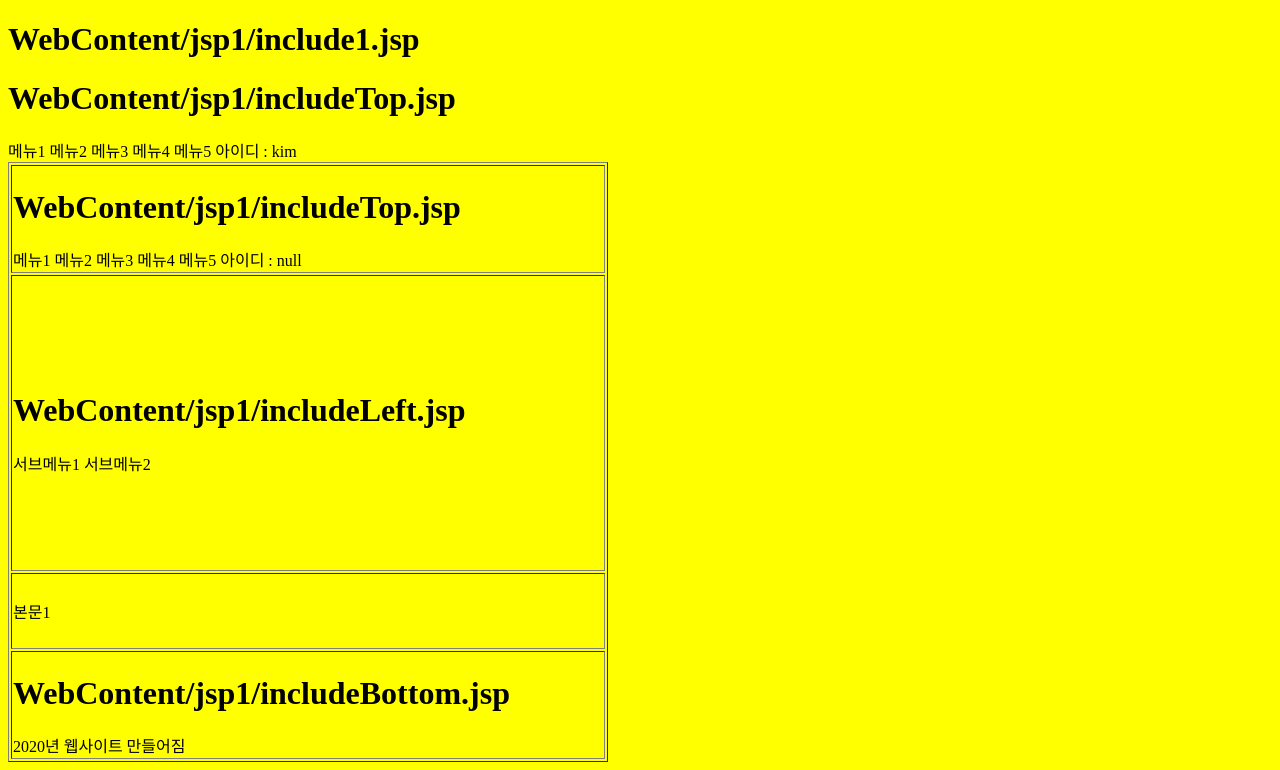
Repository: ReadStar/workspace_jsp
Page: http://localhost/StudyJSP/jsp1/include1.jsp
These files come from the project's save history. The page is drawn as it stood at one moment and after the next save; the edit follows.
The browser window is 1280 px wide. The pictures show the whole page.
The page is served by Tomcat 9. Other server files are loaded and not shown.

Above is the page before, as saved 2020-08-13 03:21:17.

### StudyJSP/WebContent/jsp1/include1.jsp
<%@ page language="java" contentType="text/html; charset=UTF-8"
    pageEncoding="UTF-8"%>
    <%@ include file="includeFile.jspf" %>
<!DOCTYPE html>
<html>
<head>
<meta charset="UTF-8">
<title>Insert title here</title>
</head>
<body bgcolor="<%=color1%>">
<h1>WebContent/jsp1/include1.jsp</h1>
<table border="1" width="600" height="600">
<tr><td colspan="2" width="600" height="100"> <jsp:include page="includeTop.jsp"/></td>
<jsp:include page="includeTop.jsp"><jsp:param value="kim" name="id"/>
</jsp:include></tr>
<tr><td width="100" heigt="400"><jsp:include page="includeLeft.jsp"/></td></tr>
				<td>본문1</td>
<tr><td colspan="2" width="600" height="100"><jsp:include page="includeBottom.jsp"/></td></tr>
</table>
</body>
</html>

### StudyJSP/WebContent/jsp1/includeFile.jspf
<%
//WebContent/jsp1/includeFile.jspf
String color1 = "yellow";
String color2 = "Pink";
String color3 = "skyblue";
%>

### StudyJSP/WebContent/jsp1/includeTop.jsp
<%@ page language="java" contentType="text/html; charset=UTF-8"
    pageEncoding="UTF-8"%>
<h1>WebContent/jsp1/includeTop.jsp</h1>
메뉴1 메뉴2 메뉴3 메뉴4 메뉴5  아이디 : <%=request.getParameter("id")%>

### StudyJSP/WebContent/jsp1/includeLeft.jsp
<%@ page language="java" contentType="text/html; charset=UTF-8"
    pageEncoding="UTF-8"%>

<h1>WebContent/jsp1/includeLeft.jsp</h1>
서브메뉴1 서브메뉴2

### StudyJSP/WebContent/jsp1/includeBottom.jsp
<%@ page language="java" contentType="text/html; charset=UTF-8"
    pageEncoding="UTF-8"%>

<h1>WebContent/jsp1/includeBottom.jsp</h1>
2020년 웹사이트 만들어짐

After the next save:
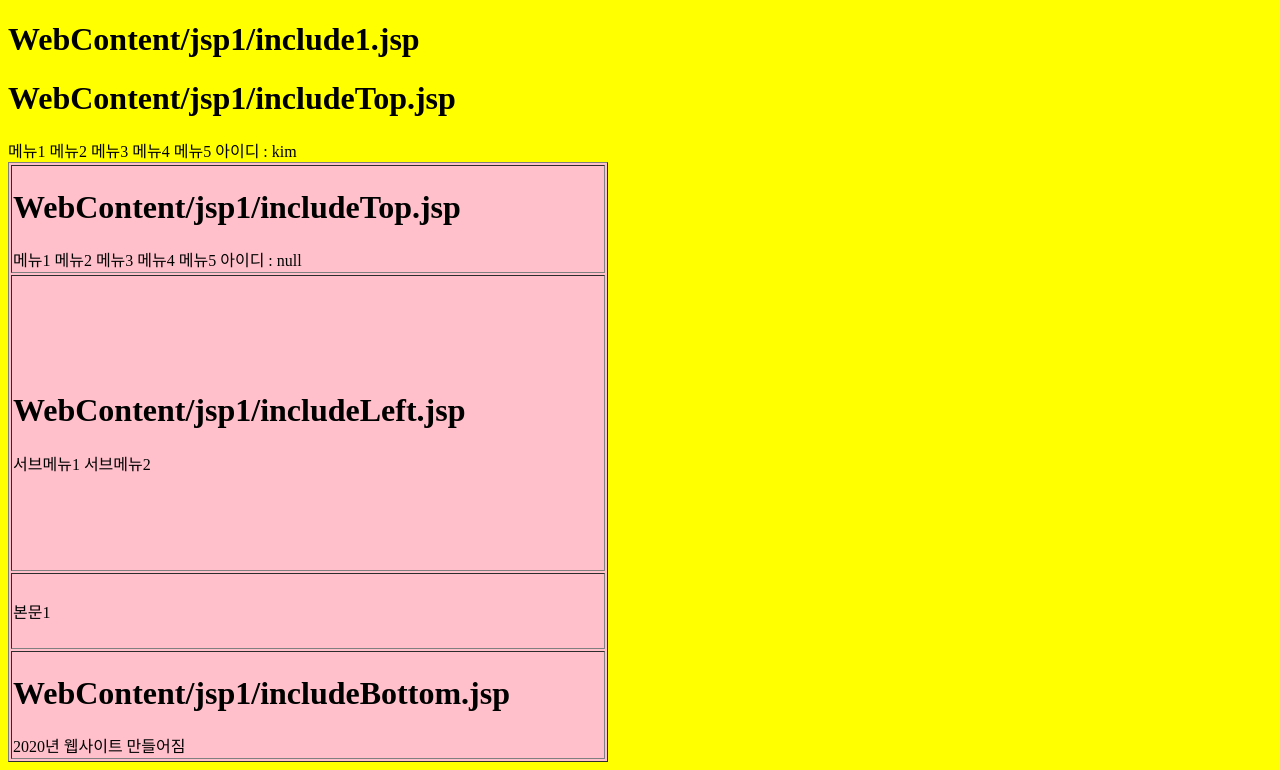
Saved 20 s later.
--- a/StudyJSP/WebContent/jsp1/include1.jsp
+++ b/StudyJSP/WebContent/jsp1/include1.jsp
@@ -9,7 +9,7 @@
 </head>
 <body bgcolor="<%=color1%>">
 <h1>WebContent/jsp1/include1.jsp</h1>
-<table border="1" width="600" height="600">
+<table border="1" width="600" height="600" bgcolor="<%=color2%>">
 <tr><td colspan="2" width="600" height="100"> <jsp:include page="includeTop.jsp"/></td>
 <jsp:include page="includeTop.jsp"><jsp:param value="kim" name="id"/>
 </jsp:include></tr>
